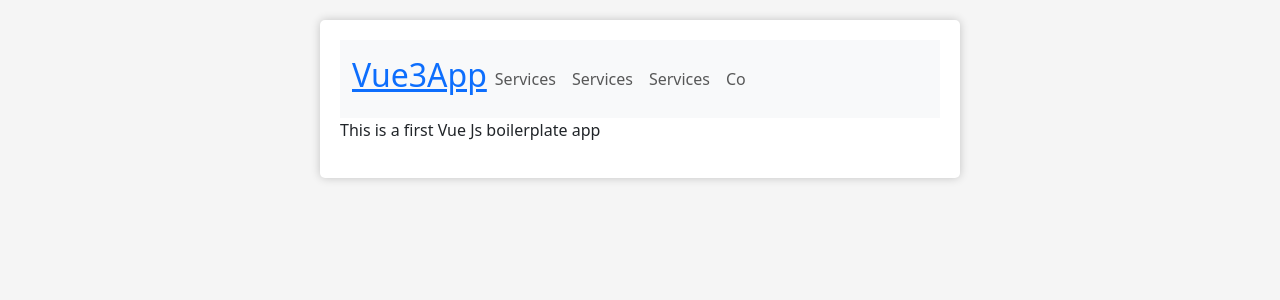
Repository: feyroozecode/intro-vue3-app
Page: index.html
These files come from the project's save history. The page is drawn as it stood at one moment and after a run of saves; the edit follows.
The browser window is 1280 px wide. The pictures show the whole page.

Above is the page before, as saved 2023-08-14 08:41:44.

### index.html
<!DOCTYPE html>
<html lang="en">
<head>
    <meta charset="UTF-8">
    <meta name="viewport" content="width=device-width, initial-scale=1.0">
    <title>VueJs 3</title>
    <link href="https://cdn.jsdelivr.net/npm/bootstrap@5.3.1/dist/css/bootstrap.min.css" rel="stylesheet" />
    <script src="https://unpkg.com/vue@3/dist/vue.global.js"></script>
</head>

<style>
    body {
        background-color: #f5f5f5;
        margin: 10;
    }
    #app {
        background-color: #fff;
        border-radius: 5px;
        padding: 20px;
        margin: 20px auto;
        width: 50%;
        box-shadow: 0 0 10px rgba(0,0,0,0.2);
    }
</style>

<body>

    <div id="app">
        <nav class="navbar navbar-expand-lg navbar-light bg-light">
            <div class="container-fluid">
                <a href="#" class="navbar brand"> <h2> {{ title }} </h2> </a>
                <ul class="navbar-nav me-auto mb-2 mb-lg-0 ml-5">
                    <a class="nav-link" aria-current="page" href="#"> {{ links[1] }} </a>
                    <a class="nav-link" aria-current="page" href="#"> {{ links[1] }} </a>
                    <a class="nav-link" aria-current="page" href="#"> {{ links[1] }} </a>
                    <a class="nav-link" aria-current="page" href="#">Co</a>
                </ul>
            </div>
        </nav>

        <p> {{ message }} </p>

    </div>

    <script>
        const { createApp, ref } = Vue;

        const App = createApp({
            setup() {
                const title = ref('Hello World');
                return {
                    title: "Vue3App",
                    message: "This is a first Vue Js boilerplate app",
                    links : ['Home', 'Services', 'About', 'Contact']
                }
            }

        });
        App.mount('#app');
    </script>

</body>


</html>

After the next 3 saves:
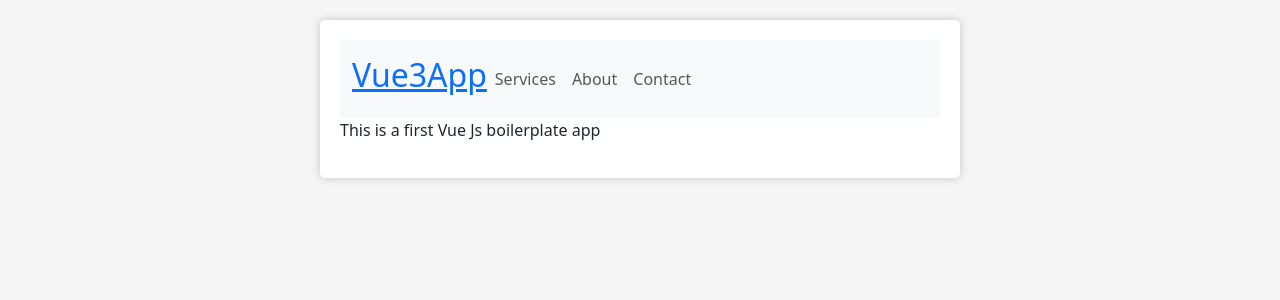
The 3 saves are shown as one change because they came seconds apart.
The last was saved 10 s later.
--- a/index.html
+++ b/index.html
@@ -31,9 +31,9 @@
                 <a href="#" class="navbar brand"> <h2> {{ title }} </h2> </a>
                 <ul class="navbar-nav me-auto mb-2 mb-lg-0 ml-5">
                     <a class="nav-link" aria-current="page" href="#"> {{ links[1] }} </a>
-                    <a class="nav-link" aria-current="page" href="#"> {{ links[1] }} </a>
-                    <a class="nav-link" aria-current="page" href="#"> {{ links[1] }} </a>
-                    <a class="nav-link" aria-current="page" href="#">Co</a>
+                    <a class="nav-link" aria-current="page" href="#"> {{ links[2] }} </a>
+                    <a class="nav-link" aria-current="page" href="#"> {{ links[3] }} </a>
+                    <a class="nav-link" aria-current="page" href="#"> {{ links[4] }} </a>
                 </ul>
             </div>
         </nav>
